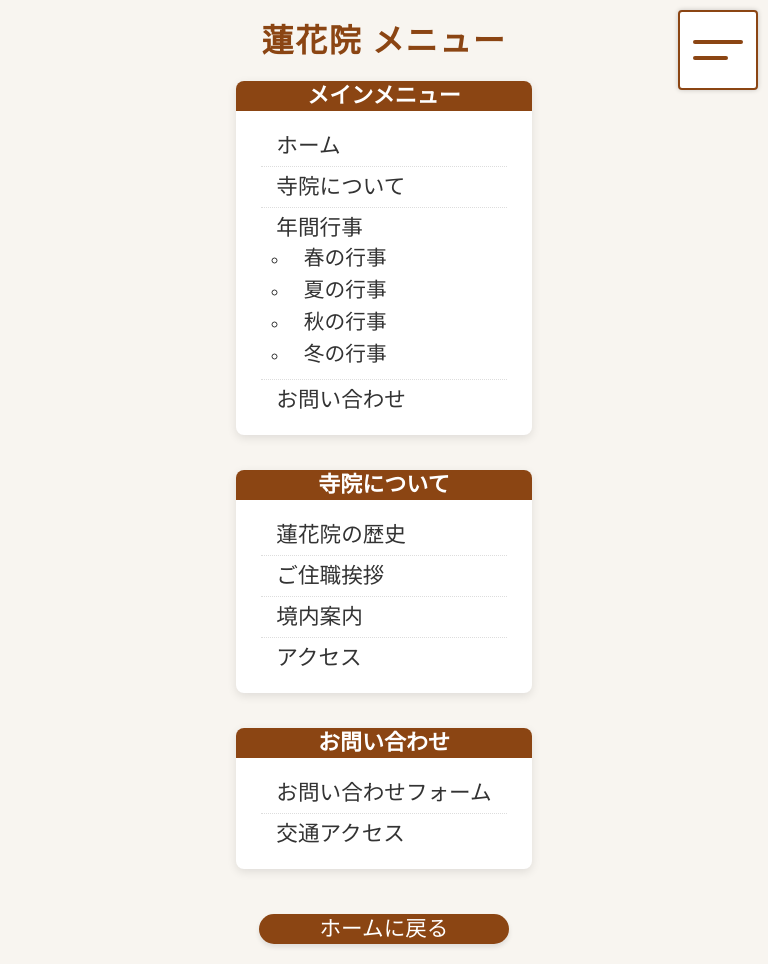
Repository: owl-onoueip/rengein-website
Page: menu.html
An editor plug-in stored every save of this project. The page is shown before and after a run of saves, followed by the edit.
The browser window is 768 px wide. The pictures show the whole page.
Some web fonts or font styles are not loaded; a fallback is used.

Above is the page before, as saved 2025-03-10 09:06:54.

After the next 2 saves:
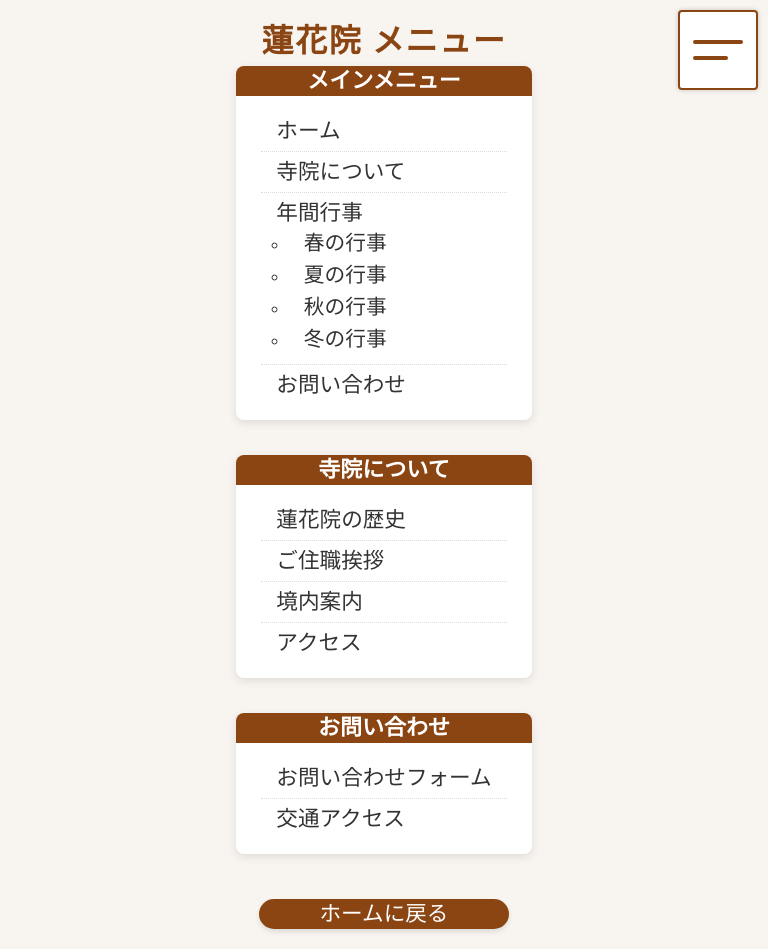
The 2 saves are shown as one change because they came seconds apart.
The last was saved 3 min 1 s later.
--- a/menu.html
+++ b/menu.html
@@ -30,8 +30,8 @@
         h1 {
             text-align: center;
             color: #8b4513;
-            margin-bottom: 35px;
-            /* マージンを調整 */
+            margin-bottom: 20px;
+            /* 35pxから20pxに減らす */
             font-size: 28px;
             position: relative;
             letter-spacing: 0.05em;
@@ -227,8 +227,8 @@
             h1 {
                 font-size: 32px;
                 /* タイトルも大きく */
-                margin-bottom: 40px;
-                /* スマホ表示時のマージン調整 */
+                margin-bottom: 25px;
+                /* スマホ表示時も空白を減らす */
             }
 
             .menu-header h2 {
@@ -274,7 +274,6 @@
 <body>
     <div class="menu-container">
         <h1>蓮花院 メニュー</h1>
-
         <div class="menu-grid">
             <div class="menu-card">
                 <div class="menu-header">
